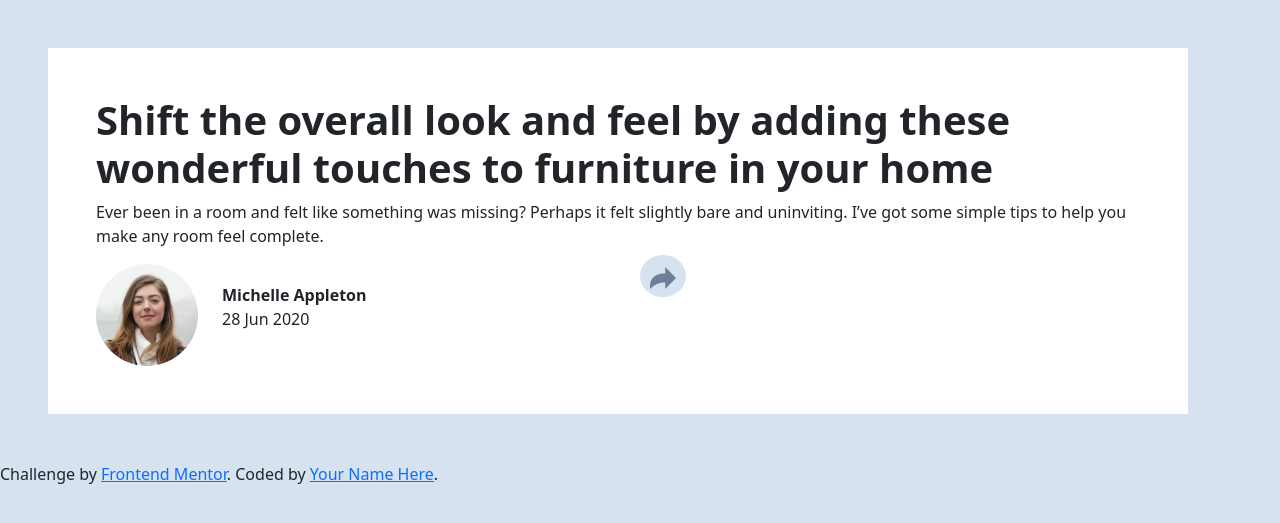
Repository: blordeus/article-preview-component
Page: index.html
These files come from the project's save history. The page is drawn as it stood at one moment and after the next save; the edit follows.
The browser window is 1280 px wide. The pictures show the whole page.

Above is the page before, as saved 2024-05-17 11:06:22.

After the next save:
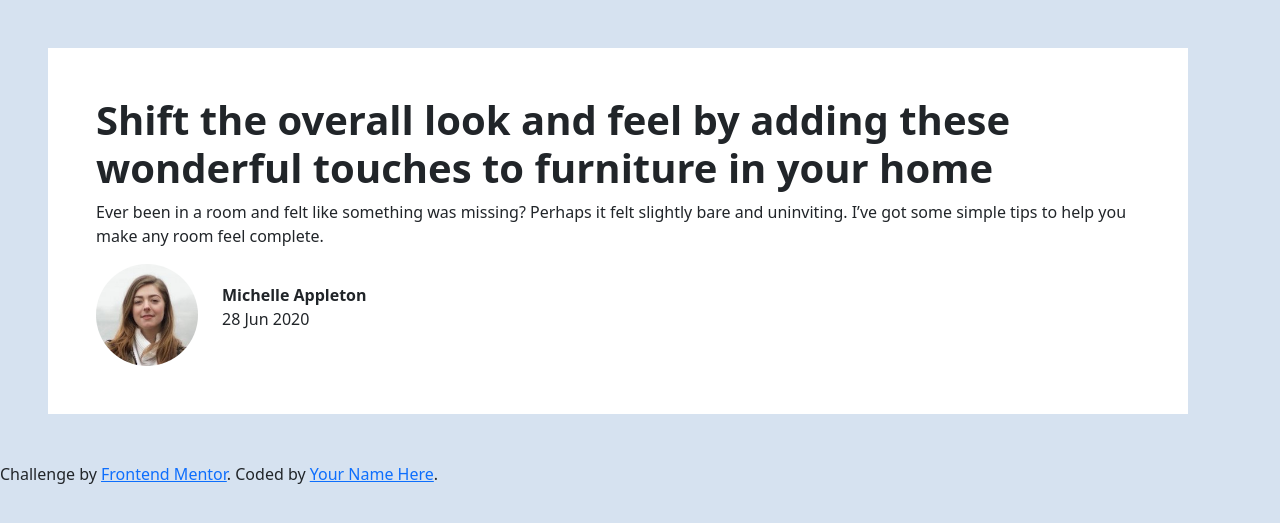
Saved 4 s later.
--- a/style.css
+++ b/style.css
@@ -33,7 +33,7 @@
     /* center icon */
     margin-left: 10px;
     margin-right: 10px;
-    position: relati;
+    position: relative;
     left: 5px;
     z-index: -2;
 }
